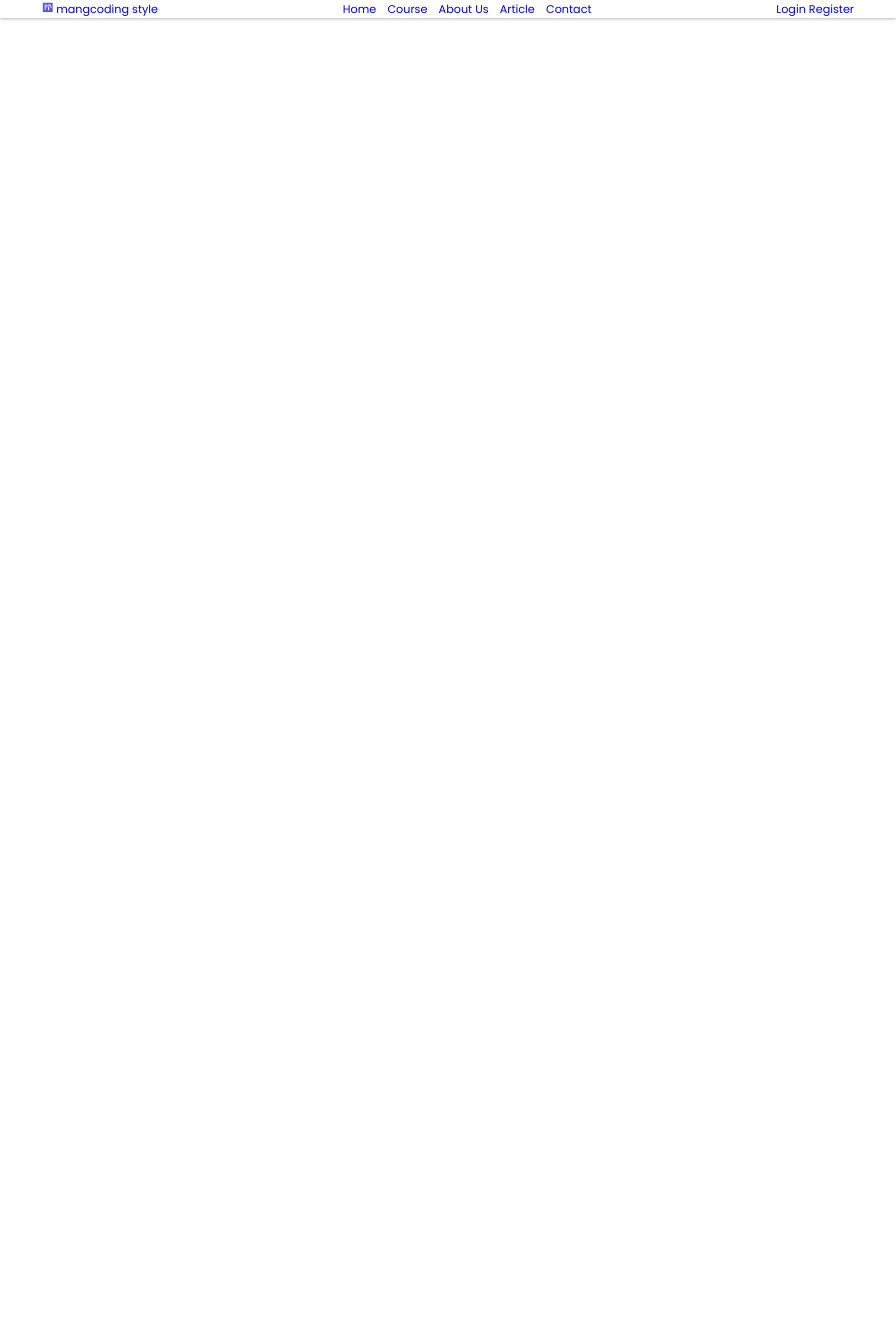
Repository: Dania-Alqam/landing-page
Page: index.html
These files come from the project's save history. The page is drawn as it stood at one moment and after the next save; the edit follows.
The browser window is 1280 px wide. The pictures show the part of the page from y = 0 to 1920 px (the page is 5000 px tall), at 70% of full size.

Above is the page before, as saved 2024-06-21 19:39:32.

### index.html
<!DOCTYPE html>
<html lang="en">
  <head>
    <meta charset="UTF-8" />
    <meta name="viewport" content="width=device-width, initial-scale=1.0" />
    <title>Document</title>
    <link rel="stylesheet" href="./assests/css/main.css" />
  </head>
  <body>
    <header class="header">
      <div class="container">
        <div class="row">
          <div class="logo">
            <img src="./assests/images/Logo.svg" alt="logo" />
            <a href="#">mangcoding style</a>
          </div>
          <nav class="nav">
            <ul>
              <li>
                <a href="#">Home</a>
              </li>
              <li>
                <a href="#">Course</a>
              </li>
              <li>
                <a href="#">About Us</a>
              </li>
              <li>
                <a href="#">Article</a>
              </li>
              <li>
                <a href="#">Contact</a>
              </li>
            </ul>
          </nav>
          <div class="auth">
            <a href="#">Login</a>
            <a href="#">Register</a>
          </div>
        </div>
      </div>
    </header>
  </body>
</html>

### assests/css/main.css
@import url(./public.css); /* we can call this way */
.header{
    /* it will not work becuase we added contianer so we add row*/
    /* display: flex; */
    position: sticky;
    top: 0;
    box-shadow: 0px 4px 4px rgba(0, 0, 0, 0.25);
    padding: ;

}


.nav ul{
    display: flex;
    gap: 16px;
}

### assests/css/public.css
@import url('https://fonts.googleapis.com/css2?family=Poppins:ital,wght@0,100;0,200;0,300;0,400;0,500;0,600;0,700;0,800;0,900;1,100;1,200;1,300;1,400;1,500;1,600;1,700;1,800;1,900&display=swap');
@import url('https://fonts.googleapis.com/css2?family=Inter:wght@100..900&display=swap');

*{
    margin: 0;
    padding: 0;
    box-sizing: border-box;
}
:root{
    --mainFont: "Poppins", sans-serif;
    --subFont:  "Inter", sans-serif;
    --mainColor: #545BE8;

}
body{
    font-family: var(--mainFont);
    height: 5000px;
}
a{
    text-decoration: none;
}
ul{
    list-style: none;
}
.row{
    display: flex;
    justify-content: space-between;
    align-items: center;
}

.container{
    /* width from fugma is 60px from each side*/
    width: calc(100% - 120px);
    margin: auto;
}

After the next save:
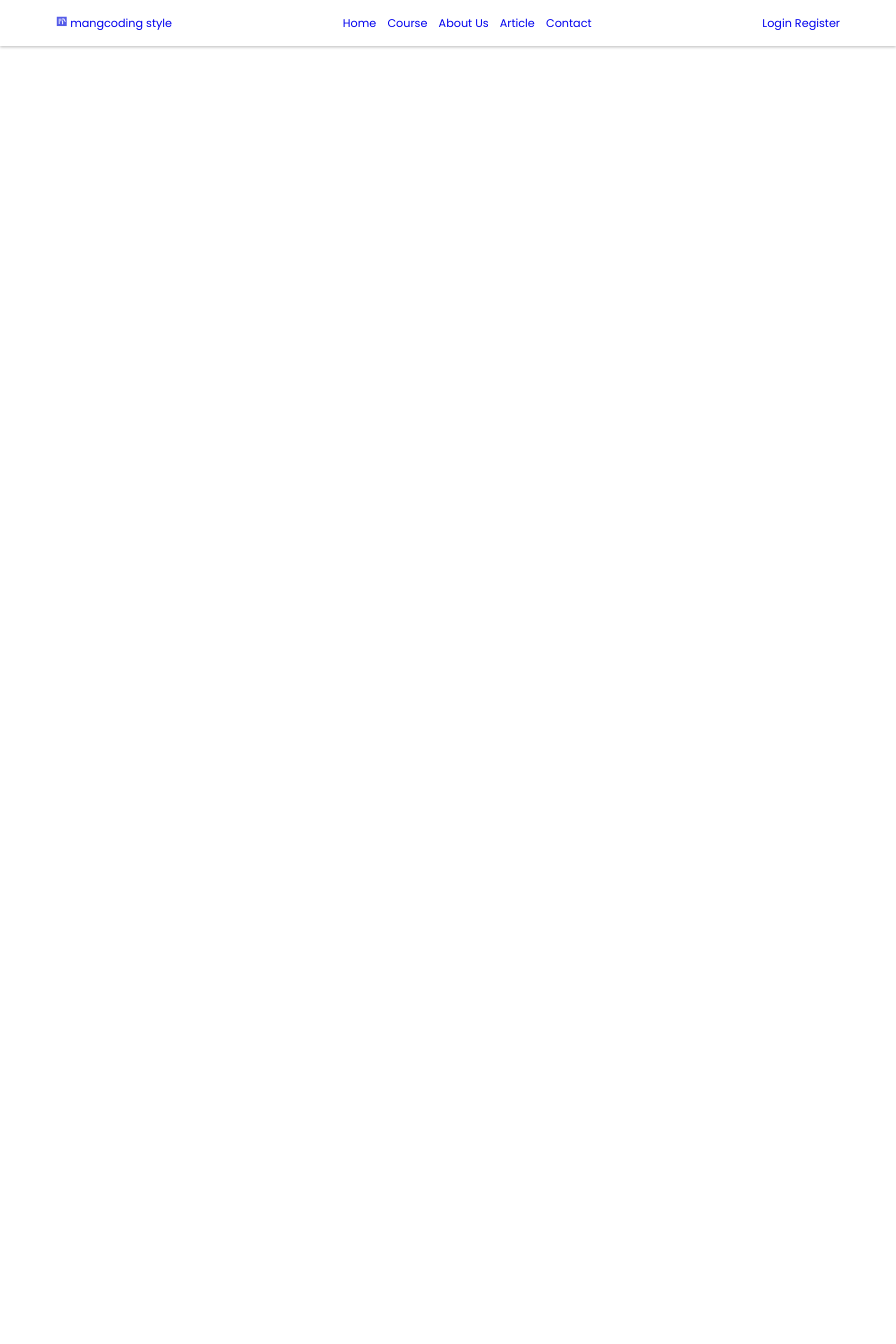
Saved 16 s later.
--- a/assests/css/main.css
+++ b/assests/css/main.css
@@ -5,7 +5,7 @@
     position: sticky;
     top: 0;
     box-shadow: 0px 4px 4px rgba(0, 0, 0, 0.25);
-    padding: ;
+    padding: 20px;
 
 }
 
